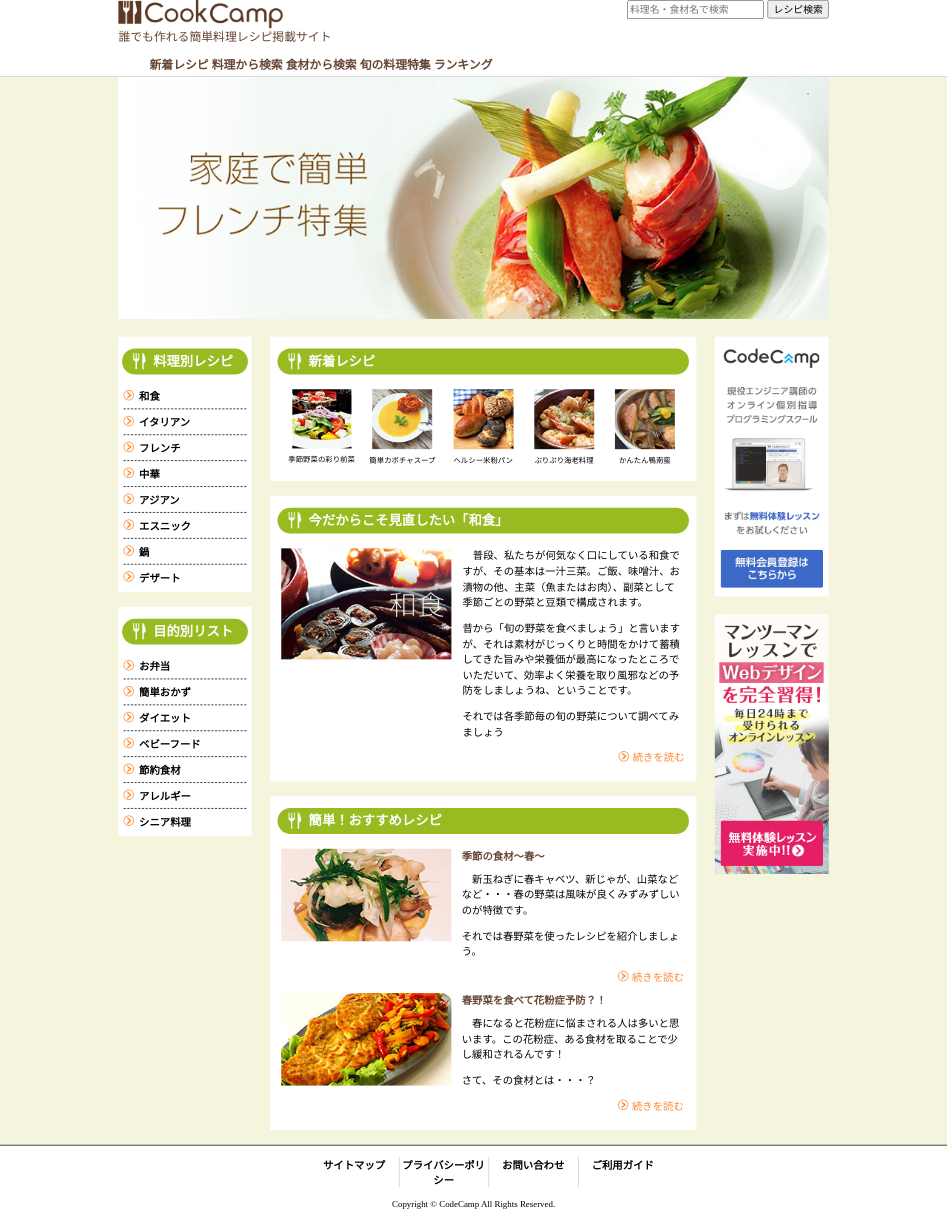
Repository: tomimaler/dc_work_tamachi_inagaki_html
Page: cookcamp/cookcamp.html
The author's editor kept a record of every edit. The page is drawn from the files as they stood at one moment, then again after the next edit.
The browser window is 1280 px wide. The pictures show the whole page, at 74% of full size.

Above is the page before.

### cookcamp/cookcamp.html
<!DOCTYPE html>
<html lang="ja">
 <head>
  <meta charset="UTF-8">
  <title>CookCamp</title>
  <link rel="stylesheet" href="cookcamp.css">
</head>
 <body>
  <header>
    <div class="container">
        <img class="logo" src="images/structure/logo.png">
        <input type="submit" value="レシピ検索">
        <input id="search" type="text" name="search" placeholder="料理名・食材名で検索">
        <p>誰でも作れる簡単料理レシピ掲載サイト</p>
        <ul class="header-menu">
            <li><a href="#">新着レシピ</a></li>
            <li><a href="#">料理から検索</a></li>
            <li><a href="#">食材から検索</a></li>
            <li><a href="#">旬の料理特集</a></li>
            <li><a href="#">ランキング</a></li>
        </ul>
    </div>
 </header>
 <main>
    <div class="container clearfix">
        <img class="mainView" src="images/contents/mainView.jpg">
        <nav class="left-column">
            <div class="recipe-nav">
                <h3>料理別レシピ</h3>
                <ul class="recipe-list">
                    <a href="#"><li>和食</li></a>
                    <a href="#"><li>イタリアン</li></a>
                    <a href="#"><li>フレンチ</li></a>
                    <a href="#"><li>中華</li></a>
                    <a href="#"><li>アジアン</li></a>
                    <a href="#"><li>エスニック</li></a>
                    <a href="#"><li>鍋</li></a>
                    <a href="#"><li>デザート</li></a>
                </ul>
            </div>
            <div class="recipe-nav">
                <h3>目的別リスト</h3>
                <ul class="recipe-list">
                    <a href="#"><li>お弁当</li></a>
                    <a href="#"><li>簡単おかず</li></a>
                    <a href="#"><li>ダイエット</li></a>
                    <a href="#"><li>ベビーフード</li></a>
                    <a href="#"><li>節約食材</li></a>
                    <a href="#"><li>アレルギー</li></a>
                    <a href="#"><li>シニア料理</li></a>
                </ul>
            </div>
        </nav>
        <div class="main-column">
            <div class="article">
                <h3>新着レシピ</h3>
                <div class="section">
                    <div class="new-recipes">
                        <div class="new-recipe">
                            <img src="images/contents/newRecipes1.jpg" alt="季節野菜の彩り前菜">
                            <p>季節野菜の彩り前菜</p>
                        </div>
                        <div class="new-recipe">
                            <img src="images/contents/newRecipes2.jpg" alt="簡単カボチャスープ">
                            <p>簡単カボチャスープ</p>
                        </div>
                        <div class="new-recipe">
                            <img src="images/contents/newRecipes3.jpg" alt="ヘルシー米粉パン">
                            <p>ヘルシー米粉パン</p>
                        </div>
                        <div class="new-recipe">
                            <img src="images/contents/newRecipes4.jpg" alt="ぷりぷり海老料理">
                            <p>ぷりぷり海老料理</p>
                        </div>
                        <div class="new-recipe">
                            <img src="images/contents/newRecipes5.jpg" alt="かんたん鴨南蛮">
                            <p>かんたん鴨南蛮</p>
                        </div>
                    </div>
                </div>
            </div>
            <div class="article">
                <h3>今だからこそ見直したい「和食」</h3>
                <div class="section">
                    <img class="section-img" src="images/contents/topics.jpg" alt="和食" align="left">
                    <div class="section-text main-text">
                        <p>　普段、私たちが何気なく口にしている和食ですが、その基本は一汁三菜。ご飯、味噌汁、お漬物の他、主菜（魚またはお肉）、副菜として季節ごとの野菜と豆類で構成されます。</p>
                        <p>昔から「旬の野菜を食べましょう」と言いますが、それは素材がじっくりと時間をかけて蓄積してきた旨みや栄養価が最高になったところでいただいて、効率よく栄養を取り風邪などの予防をしましょうね、ということです。</p>
                        <p>それでは各季節毎の旬の野菜について調べてみましょう</p>
                        <a href="#"><img src="images/icon/arrow.png" alt="arrow">続きを読む</a>
                    </div>
                </div>
            </div>
            <div class="article">
                <h3>簡単！おすすめレシピ</h3>
                <div class="section">
                    <img class="section-img" src="images/contents/pushRecipes1.jpg" alt="春">
                    <div class="section-text">
                        <h4>季節の食材～春～</h4>
                        <p>　新玉ねぎに春キャベツ、新じゃが、山菜などなど・・・春の野菜は風味が良くみずみずしいのが特徴です。</p>
                        <p>それでは春野菜を使ったレシピを紹介しましょう。</p>
                        <a href="#"><img src="images/icon/arrow.png" alt="arrow">続きを読む</a>
                    </div>
                    <img class="section-img" src="images/contents/pushRecipes2.jpg" alt="花粉症">
                    <div class="section-text">
                        <h4>春野菜を食べて花粉症予防？！</h4>
                        <p>　春になると花粉症に悩まされる人は多いと思います。この花粉症、ある食材を取ることで少し緩和されるんです！</p>
                        <p>さて、その食材とは・・・？</p>
                        <a href="#"><img src="images/icon/arrow.png" alt="arrow">続きを読む</a>
                    </div>
                </div>
            </div>
        </div>
        <aside class="right-column">
            <a href="#"><img src="images/contents/right1.png"></a>
            <a href="#"><img src="images/contents/right2.png"></a>
        </aside>
    </div>
</main>
<footer>
    <div class="container">
        <ul class="footer-list">
            <a class="item1" href="#"><li>サイトマップ</li></a>
            <a class="item2" href="#"><li>プライバシーポリシー</li></a>
            <a class="item1" href="#"><li>お問い合わせ</li></a>
            <a class="item1" href="#"><li>ご利用ガイド</li></a>
        </ul>
        <p>Copyright &copy; CodeCamp All Rights Reserved.</p>
    </div>
</footer>
</body>
</html>

### cookcamp/cookcamp.css
body {
    margin:0;
    min-width:fit-content;
}

.container {
    width:960px;
    margin:0 auto;
}

main {
    background-color:#f5f5dd;
    font-family:"Yu Gothic";
    font-weight:500;
    padding-bottom:10px;
}

a {
    text-decoration:none;
}

header, footer {
    background-color:white;
}

header {
    border-bottom:1px solid #cccccc;
}

header logo {
    float:left;
}

header p{
    color:#664433;
    clear:both;
    margin-top:0;
    line-height:1;
}

header input {
    float:right;
}

#search {
    height:20px;
    margin-right:5px;
}

.header-menu {
    display:flex;
    text-align:center;
    list-style:none;
    margin:5px auto;
    font-weight:bold;
}

.header-menu a+ a {
    border-left:1px solid;
}

.header-menu a {
    color:#664433;
    flex:1;
    padding:0 2px;
}

.mainView {
    width:100%;
}

.recipe-nav {
    margin:20px 20px 10px 0;
    padding:1px 5px;
    background-color:white;
}

h3 {
    background-color:#99bb22;
    border-radius:25px;
    height:35px;
    line-height:35px;
    font-size:18px;
    color:white;
    margin-top:15px;
    margin-bottom:10px;
}

h3::before {
    content: url('images/icon/dish.png');
    padding-left:15px;
    padding-right:10px;
    position:relative;
    top:5px;
}

.recipe-list {
    list-style-image: url('images/icon/arrow.png');
    margin:0;
    padding:2px;
}

.recipe-list a {
    display:block;
    color:black;
    width:100%;
}

.recipe-list li {
    margin:7px 0;
    font-size:14px;
    font-weight:bold;
    list-style-position:inside;
}

.recipe-list a+ a {
    border-top:1px dashed;
}

.new-recipes {
    display:flex;
}

.new-recipe {
    flex:1;
    text-align:center;
}

.new-recipe img {
    padding-bottom:0;
}

.new-recipe p {
    font-size:10px;
    width:100%;
    margin-top:0;
    padding-top:0;
}

.section-img {
    display:inline-block;
}

.section-text {
    display:inline-block;
    vertical-align:top;
    margin-left:10px;
    font-size:14px;
    width:300px;
}

.main-text {
    margin-left:15px;
}

.section-text p {
    margin-top:0;
}

.section-text a{
    color:#fc8833;
    float:right;
    margin-bottom:10px;
}

.section-text img {
    margin-right:5px;
}

h4 {
    color:#664433;
    margin-top:0;
    margin-bottom:10px;
}

.article {
    margin:20px 5px 10px 5px;
    padding:1px 10px;
    background-color:white;
}

.section {
    padding:10px 5px;
    line-height:1.5;
}

.right-column img {
    margin:20px 0 0 20px;
}

.left-column {
    width:200px;
    float:left;
}

.main-column {
    width:586px;
    float:left;
}

.right-column {
    width:155px;
    float:left;
}

.clearfix::after {
content: "";
display: block;
clear: both;
}

footer {
    clear:both;
    border-top:1px solid;
    text-align:center;
}

.footer-list {
    display:flex;
    text-align:center;
    list-style:none;
    justify-content:center;
  }

.footer-list a {
    flex-basis:120px;
    font-size:14px;
    color:black;
    font-weight:bold;
}

.item1 {

}

.item2 {
    flex-basis:150px;
}

.footer-list a+ a {
    border-left:1px solid #cccccc;
}

footer p {
    font-size:12px;
}

After the next edit:
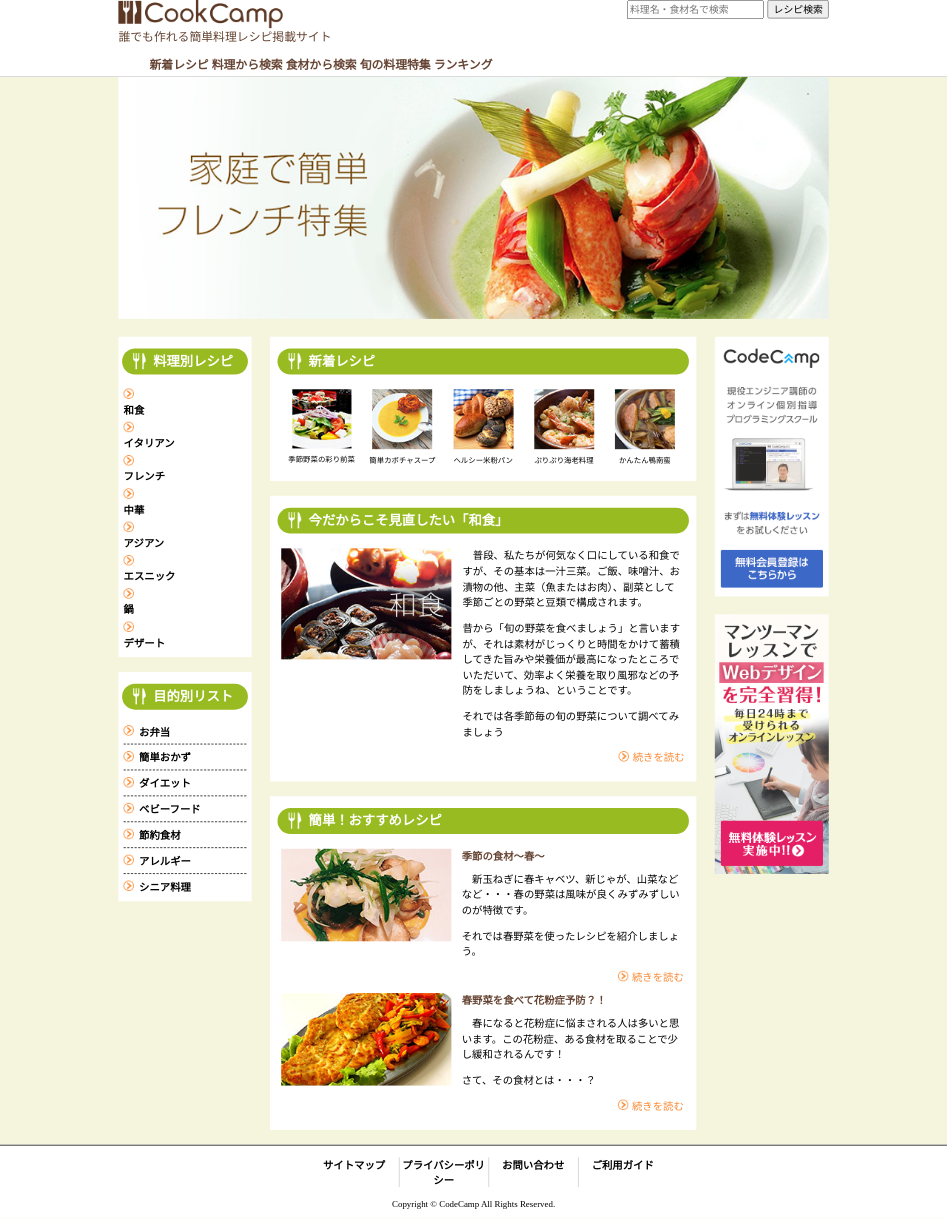
The edit:
--- a/cookcamp/cookcamp.html
+++ b/cookcamp/cookcamp.html
@@ -28,14 +28,14 @@
             <div class="recipe-nav">
                 <h3>料理別レシピ</h3>
                 <ul class="recipe-list">
-                    <a href="#"><li>和食</li></a>
-                    <a href="#"><li>イタリアン</li></a>
-                    <a href="#"><li>フレンチ</li></a>
-                    <a href="#"><li>中華</li></a>
-                    <a href="#"><li>アジアン</li></a>
-                    <a href="#"><li>エスニック</li></a>
-                    <a href="#"><li>鍋</li></a>
-                    <a href="#"><li>デザート</li></a>
+                    <li><a href="#">和食</a></li>
+                    <li><a href="#">イタリアン</a></li>
+                    <li><a href="#">フレンチ</a></li>
+                    <li><a href="#">中華</a></li>
+                    <li><a href="#">アジアン</a></li>
+                    <li><a href="#">エスニック</a></li>
+                    <li><a href="#">鍋</a></li>
+                    <li><a href="#">デザート</a></li>
                 </ul>
             </div>
             <div class="recipe-nav">
